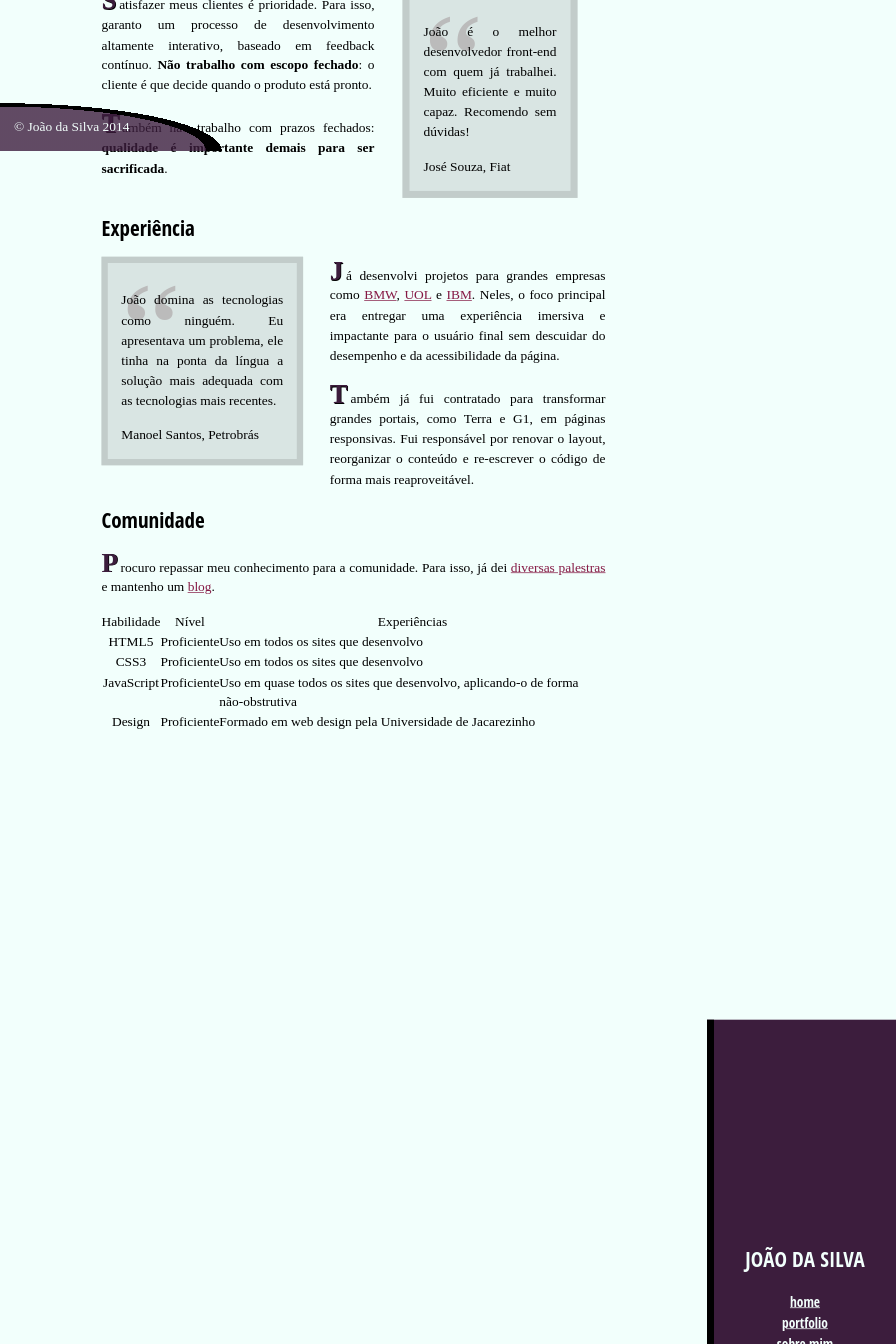
Repository: MichelMiola/html5Css3Avancado
Page: projeto/bio.html
An editor plug-in stored every save of this project. The page is shown before and after the next save, followed by the edit.
The browser window is 1280 px wide. The pictures show the part of the page from y = 504 to 2424 px (the page is 2569 px tall), at 70% of full size.
Some web fonts or font styles are not loaded; a fallback is used.

Above is the page before, as saved 2015-03-25 15:41:39.

### projeto/bio.html
<!DOCTYPE html>
<html>
<head>
    <meta charset="utf-8">
    <title>João da Silva - Biografia</title>
    <link rel="icon" href="imagens/favicon.png">
    <link rel="stylesheet" href="css/reset.css">
    <link rel="stylesheet" href="css/site.css">
    <link rel="stylesheet" href="css/bio.css">
    <link rel="stylesheet" href="http://fonts.googleapis.com/css?family=Crimson+Text:400,400italic,600">
    <link rel="stylesheet" href="http://fonts.googleapis.com/css?family=Open+Sans+Condensed:700">
</head>
<body>
    <main>
        <h1 class="titulo-principal">Sobre mim</h1>
        <div class="container">
            <p>Moro em São Paulo mas atendo clientes do mundo todo. Sou conhecido por fazer produtos de <em>qualidade</em>, <em>durabilidade</em> e que <em>agregam valor</em> para meus clientes.</p>
            <p>Trabalho usando a web como plataforma, ou seja, respiro HTML5, CSS3 e JavaScript (ou melhor: ECMASCript). Crio sites para todos, seguindo as principais diretivas de <strong>acessibilidade, responsividade e web semântica</strong>, sem descuidar da qualidade de código.</p>
            <h2 class="subtitulo-texto">Como trabalho</h2>
            <blockquote tabindex="1" class="citacao-bio fiat">
                <p>João é o melhor desenvolvedor front-end com quem já trabalhei. Muito eficiente e muito capaz. Recomendo sem dúvidas!</p>
                <cite>José Souza, Fiat</cite>
            </blockquote>
            <p>Satisfazer meus clientes é prioridade. Para isso, garanto um processo de desenvolvimento altamente interativo, baseado em feedback contínuo. <strong>Não trabalho com escopo fechado</strong>: o cliente é que decide quando o produto está pronto.</p>
            <p>Também não trabalho com prazos fechados: <strong>qualidade é importante demais para ser sacrificada</strong>.</p>
            <h2 class="subtitulo-texto">Experiência</h2>
            <blockquote tabindex="1" class="citacao-bio petrobras">
                <p>João domina as tecnologias como ninguém. Eu apresentava um problema, ele tinha na ponta da língua a solução mais adequada com as tecnologias mais recentes.</p>
                <cite>Manoel Santos, Petrobrás</cite>
            </blockquote>
            <p>Já desenvolvi projetos para grandes empresas como <a href="http://bmw.com">BMW</a>, <a href="http://www.uol.com.br">UOL</a> e <a href="http://www.ibm.com.br">IBM</a>. Neles, o foco principal era entregar uma experiência imersiva e impactante para o usuário final sem descuidar do desempenho e da acessibilidade da página.</p>
            <p>Também já fui contratado para transformar grandes portais, como Terra e G1, em páginas responsivas. Fui responsável por renovar o layout, reorganizar o conteúdo e re-escrever o código de forma mais reaproveitável.</p>
            <h2 class="subtitulo-texto">Comunidade</h2>
            <p>Procuro repassar meu conhecimento para a comunidade. Para isso, já dei <a href="portfolio.html">diversas palestras</a> e mantenho um <a href="blog.html">blog</a>.</p>

	        <table class="habilidades">
			  <thead>
			    <tr>
			      <th>Habilidade</th>
			      <th>Nível</th>
			      <th>Experiências</th>
			    </tr>
			  </thead>
			  <tbody>
			    <tr>
			      <th>HTML5</th>
			      <td>Proficiente</td>
			      <td>Uso em todos os sites que desenvolvo</td>
			    </tr>
			    <tr>
			      <th>CSS3</th>
			      <td>Proficiente</td>
			      <td>Uso em todos os sites que desenvolvo</td>
			    </tr>
			    <tr>
			      <th>JavaScript</th>
			      <td>Proficiente</td>
			      <td>Uso em quase todos os sites que desenvolvo, aplicando-o de forma não-obstrutiva</td>
			    </tr>
			    <tr>
			      <th>Design</th>
			      <td>Proficiente</td>
			      <td>Formado em web design pela Universidade de Jacarezinho</td>
			    </tr>
			  </tbody>
			</table>

        </div>


    </main>
    <img src="imagens/eu.jpg" alt="Minha foto" class="minha-foto">
    <aside class="navegacao-site">
        <h1>João da Silva</h1>
        <nav>
            <ul>
                <li><a href="index.html">Home</a></li>
                <li><a href="portfolio.html">Portfolio</a></li>
                <li><a href="bio.html">Sobre mim</a></li>
                <li><a href="blog.html">Blog</a></li>
                <li><a href="contato.html">Contato</a></li>
            </ul>
        </nav>
        <ul class="icones-redes-sociais">
		  <li>
		    <a href="https://github.com/joaodasilva" class="github" data-tooltip="Veja meus projetos opensource">
		      Github
		    </a>
		  </li>
		  <li>
		    <a href="https://twitter.com/joaodasilva" class="twitter" data-tooltip="Siga-me no Twitter">
		      Twitter
		    </a>
		  </li>
		  <li>
		    <a href="https://br.linkedin.com/pub/joão-da-silva/32/4/508" class="linkedin" data-tooltip="Veja meu currículo">
		      LinkedIn
		    </a>
		  </li>
		</ul>
    </aside>
    <footer class="rodape-pagina">
        &copy; João da Silva 2014
    </footer>
</body>
</html>

### projeto/css/site.css
body {
	font-family: "Crimson Text", "Times New Roman", serif;
	background-color: #F2FFFC;
	font-size: 120%;
	line-height: 1.5;
	display: flex;
  	flex-wrap: wrap;
  	display: block;
}

h1, h2, .subtitulo-principal {
	font-family: "Open Sans Condensed", "Arial", sans-serif;
}

h1 {
	text-transform: uppercase;
	font-size: 60px;
}

.titulo-principal {
	text-align: center;
	background-color: #851944;
	color: #FFF;
	padding: 2rem;
	border-bottom: .5rem solid #000;
}

.subtitulo-texto {
	font-size: 30px;
	clear: both;
}

main a {
	color: #851944;
}

main p {
	text-align: justify;
	margin: 20px 0;
}

.navegacao-site {
	text-align: center;
	background-color: #3C1D3D;
	color: #F2FFFC;
	padding: 20px;
	padding-top: calc(300px + 1em);
}

.navegacao-site a {
	color: inherit;
	font-family: "Open Sans Condensed", "Arial", sans-serif;
	text-transform: lowercase;
}

.navegacao-site h1 {
	font-size: 30px;
	margin-bottom: 25px;
}

.rodape-pagina {
	/* background-color: #000; */
	color: #F2FFFC;
	padding: 20px;
	clear: both;
	position: fixed;
	bottom: 0;
	left: 0;
	width: 100%;
	box-sizing: border-box;
	/* background-color: rgba(0, 0, 0, 0.3); */
	background-image: radial-gradient(ellipse at left bottom, rgba(60, 29, 61, 0.8),
		rgba(60, 29, 61, 0.8) 65%, black 65%, black 70%, transparent 70%,
		transparent);
	background-size: 25% 100%;
	background-repeat: no-repeat;
}

.container {
	width: 720px;
	margin-left: auto;
	margin-right: auto;
	padding: 30px 0;
}

strong {
	font-weight: bold;
}

em {
	font-style: italic;
}

.icones-redes-sociais li {
	display: inline-block;
}

.icones-redes-sociais a {
	width: 40px;
	height: 40px;
	display: block;
	text-indent: -99999px;
}

.github {
	background-image: url(../imagens/github.png);
}

.twitter {
	background-image: url(../imagens/twitter.png);
}

.linkedin {
	background-image: url(../imagens/linkedin.png);
}

main {
	/* width: 80%; */
	/* float: left; */
	padding-bottom: 80px;
	width: calc(100% - 0.9 * 300px);
	flex-grow: 1;
}

.minha-foto, .navegacao-site {
	border-left: 10px solid black;
	border-bottom: 10px solid black;
	box-sizing: border-box;
}

.navegacao-site {
	width: 20%;
	float: right;
	position: relative;
	top: 300px;
	width: calc(0.9 * 300px);
}

.minha-foto {
	position: absolute;
	top: 0;
	right: 0;
	height: 300px;
}

.leia-mais {
	padding: .5em;
	margin: 1em;
	display: block;
	font-size: 1.25em;
	text-align: center;
	background-color: #E6E7E8;
}

.citacao-bio {
	background-color: #D9E5E3;
	border: .5em solid #C2CCCA;
	padding: 1em;
	margin: 1em 2em;
	width: 30ch;
	box-sizing: border-box;
}

main a:hover,
main a:focus,
footer a:hover,
footer a:focus {
  color: red;
}

.navegacao-site a:hover,
.navegacao-site a:focus {
  text-shadow: 0 0 2px pink;
}

.icones-redes-sociais a:hover::after,
.icones-redes-sociais a:focus::after {
  content: attr(data-tooltip);
}

.icones-redes-sociais a {
  position: relative;
}
.icones-redes-sociais a:hover::after,
.icones-redes-sociais a:focus::after {
  content: attr(data-tooltip);
  position: absolute;
  top: 100%;
  right: 0;
  text-indent: 0;
}

.icones-redes-sociais a {
  position: relative;
}
.icones-redes-sociais a:hover::after,
.icones-redes-sociais a:focus::after {
  content: attr(data-tooltip);
  position: absolute;
  top: 100%;
  right: 0;
  text-indent: 0;
  width: 300%;
}

.icones-redes-sociais a {
  position: relative;
}

.icones-redes-sociais a:hover::before,
.icones-redes-sociais a:focus::before {
  content: '';
}

.icones-redes-sociais a:hover::before,
.icones-redes-sociais a:focus::before {
  content: '';
  width: 1em;
  height: 1em;
  background-color: black;
}

.icones-redes-sociais a:hover::before,
.icones-redes-sociais a:focus::before {
  content: '';
  width: 1em;
  height: 1em;
  background-color: black;
  position: absolute;
  bottom: 0;
  left: 0;
}

.icones-redes-sociais a:hover::before,
.icones-redes-sociais a:focus::before {
    content: '';
    width: 1em;
    height: 1em;
    background-color: black;
    position: absolute;
    bottom: 0;
    left: 0;
    transform: translateY(.5em) rotate(45deg);
}

.icones-redes-sociais a:hover::after,
.icones-redes-sociais a:focus::after {
  content: attr(data-tooltip);
  position: absolute;
  top: 100%;
  right: 0;
  text-indent: 0;
  width: 300%;
  background: black;
  font-size: .75em;
}

### projeto/css/bio.css
.citacao-bio:nth-of-type(odd) {
    background-color: #D9E5E3;
    border: 10px solid #C2CCCA;
    padding: 20px;
    margin: 20px 40px;
    width: 250px;
    box-sizing: border-box;
}

.citacao-bio:nth-of-type(even){
    float: left;
    margin-left: 0;
}

blockquote:nth-of-type(odd) {
    float: right;
    margin-right: 0;
}

.citacao-bio:hover,
.citacao-bio:focus {
    box-shadow: 0 0 0 99999px rgba(0,0,0,.8);
}
.citacao-bio:nth-of-type(odd):hover,
.citacao-bio:nth-of-type(odd):focus {
    transform: scale(1.2) rotate(5deg);
}
.citacao-bio:nth-of-type(even):hover,
.citacao-bio:nth-of-type(even):focus {
    transform: scale(1.2) rotate(-5deg);
}

.container > p::first-letter {
  font-size: 200%;
  font-weight: bold;
  color: #3C1D3D;
  text-shadow: 1px 1px #000;
}

.container > p::first-letter {
  font-size: 200%;
  font-weight: bold;
  color: #3C1D3D;
  text-shadow: 1px 1px #000;
  margin-right: .2ch;
  line-height: 1;
}

.citacao-bio::before {
    content: '“';
    position: absolute;
    font-size: 10em;
    color: #bbb;
    line-height: .8
}
.citacao-bio > p {
    position: relative;
}

Loaded but not shown: projeto/css/reset.css (common file)

After the next save:
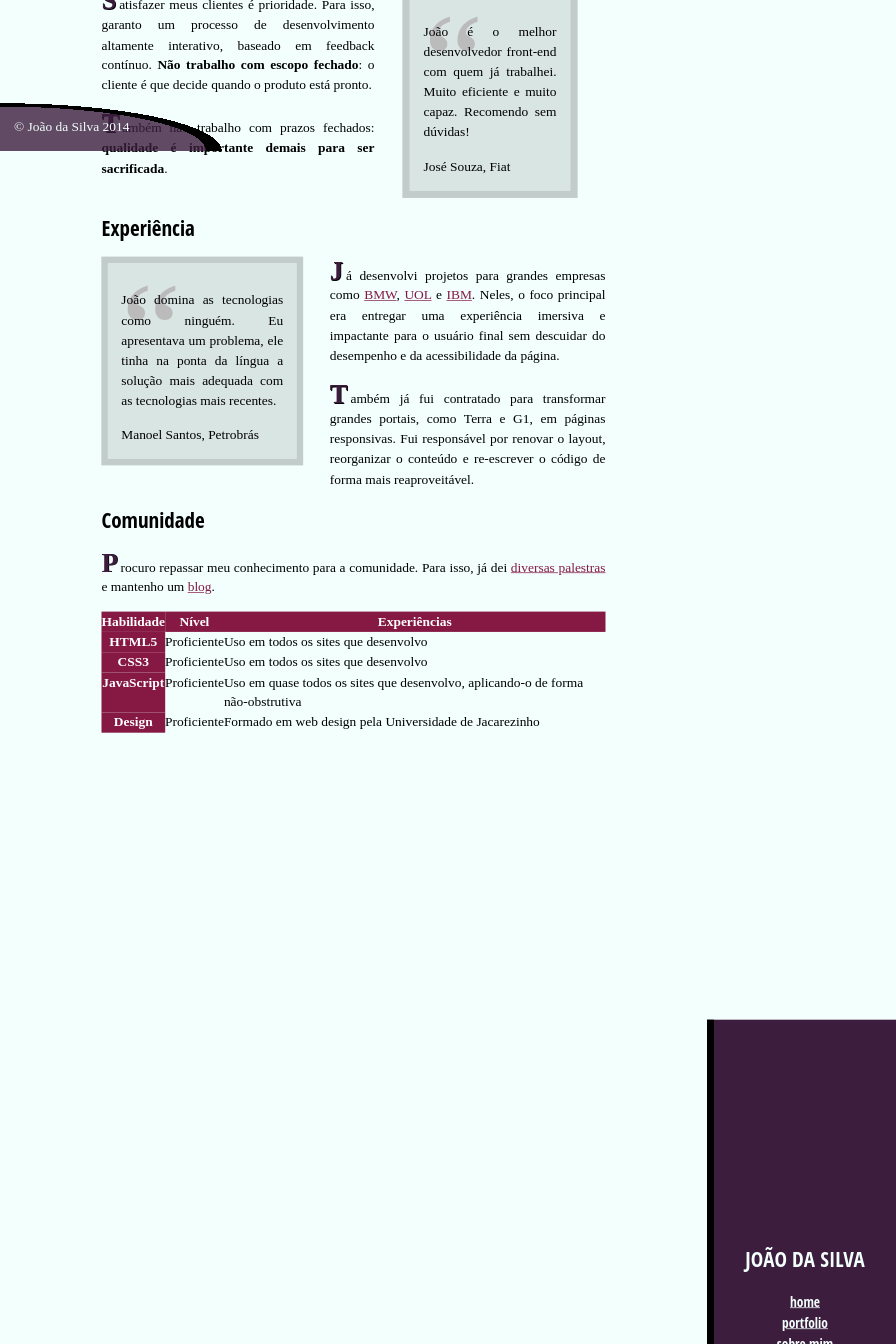
Saved 20 s later.
--- a/projeto/css/bio.css
+++ b/projeto/css/bio.css
@@ -56,3 +56,9 @@ blockquote:nth-of-type(odd) {
 .citacao-bio > p {
     position: relative;
 }
+
+.habilidades th {
+  font-weight: bold;
+  background-color: #851944;
+  color: white;
+}
